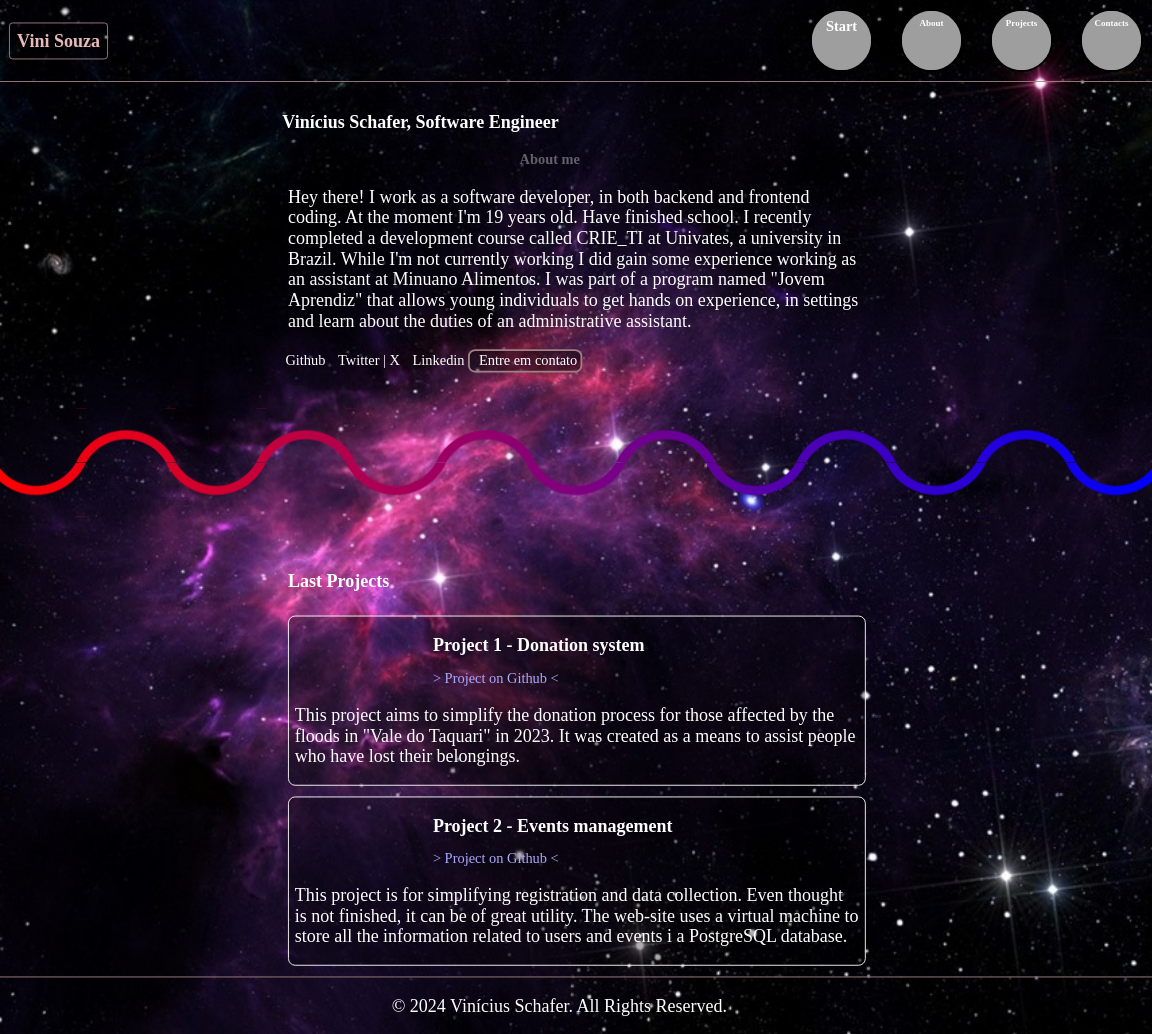
Repository: ViniSouza32/ViniSouza32.github.io
Page: index.html
These files come from the project's save history. The page is drawn as it stood at one moment and after the next save; the edit follows.
The browser window is 1280 px wide. The pictures show the whole page, at 90% of full size.
Pictures or frames that could not be fetched are drawn as grey boxes.

Above is the page before, as saved 2024-08-26 01:03:28.

After the next save:
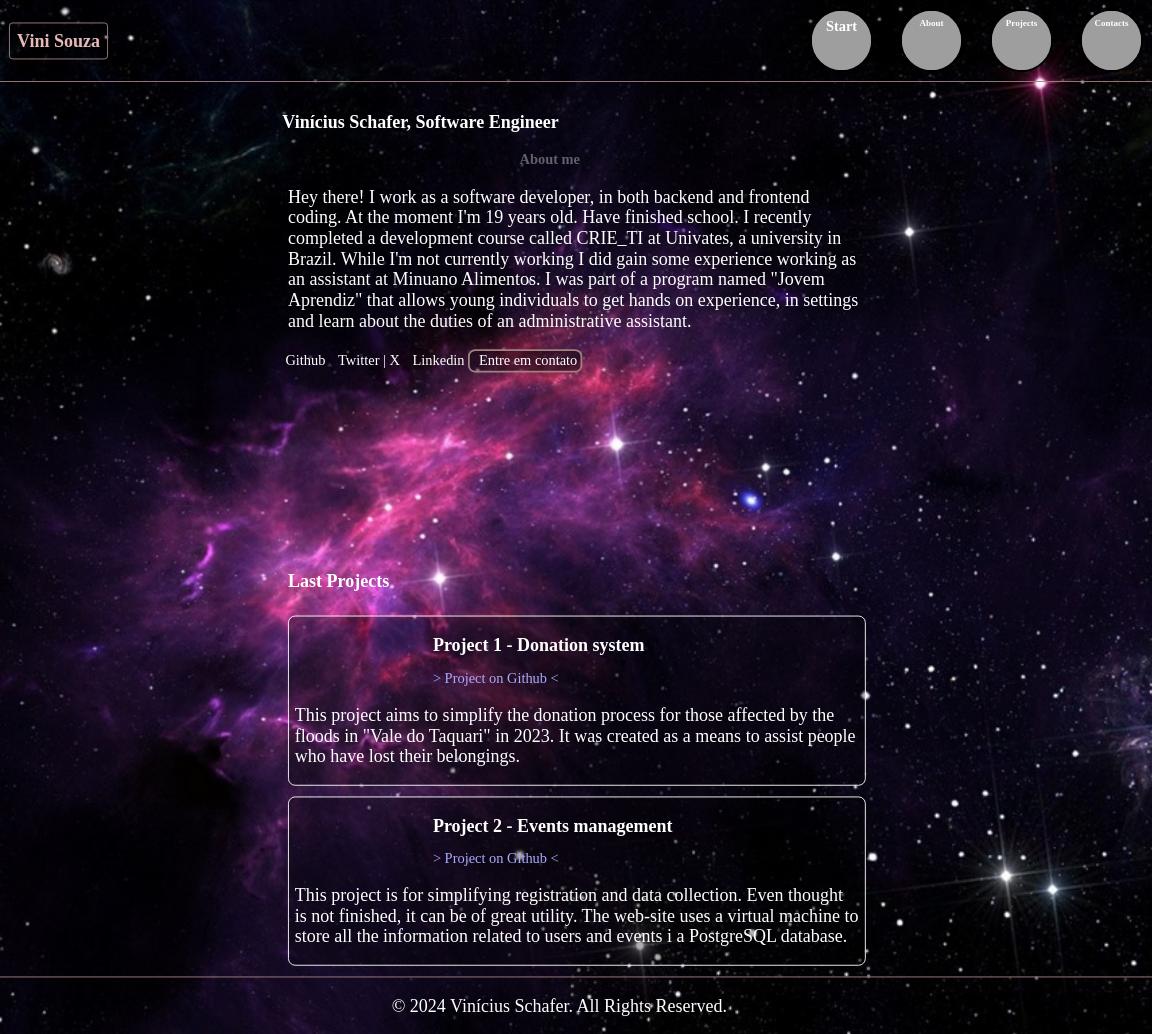
Saved 39 s later.
--- a/styles.css
+++ b/styles.css
@@ -179,17 +179,23 @@
   --p: 25px;
   --R: calc(55.9px + var(--b) / 2);
 
-  --_g: #0000 calc(99% - var(--b)), #000 calc(101% - var(--b)) 99%, #0000 101%;
-  -webkit-mask: radial-gradient(
-        var(--R) at left 50% bottom calc(-1 * var(--p)),
-        var(--_g)
-      )
-      calc(50% - 2 * var(--size)) calc(50% - var(--size) / 2 - var(--b) / 2) /
-      calc(4 * var(--size)) calc(var(--size) + var(--b)) repeat-x,
-    radial-gradient(var(--R) at left 50% top calc(-1 * var(--p)), var(--_g)) 50%
-      calc(50% + var(--size) / 2 + var(--b) / 2) / calc(4 * var(--size))
-      calc(var(--size) + var(--b)) repeat-x;
-  background: linear-gradient(90deg, red, blue);
+  /* Simplified radial gradient using conic-gradient */
+  background: conic-gradient(
+    from 0deg at center,
+    #0000 0%,
+    #0000 calc(100% - var(--b)),
+    #000 calc(100% - var(--b)),
+    #0000 100%
+  ) calc(50% - 2 * var(--size)) calc(50% - var(--size) / 2 - var(--b) / 2) /
+  calc(4 * var(--size)) calc(var(--size) + var(--b)) repeat-x,
+  conic-gradient(
+    from 0deg at center,
+    #0000 0%,
+    #0000 calc(100% - var(--b)),
+    #000 calc(100% - var(--b)),
+    #0000 100%
+  ) 50% calc(50% + var(--size) / 2 + var(--b) / 2) / calc(4 * var(--size)) calc(var(--size) + var(--b)) repeat-x;
+
   height: 200px;
 }
 

After the 5 saves that followed:
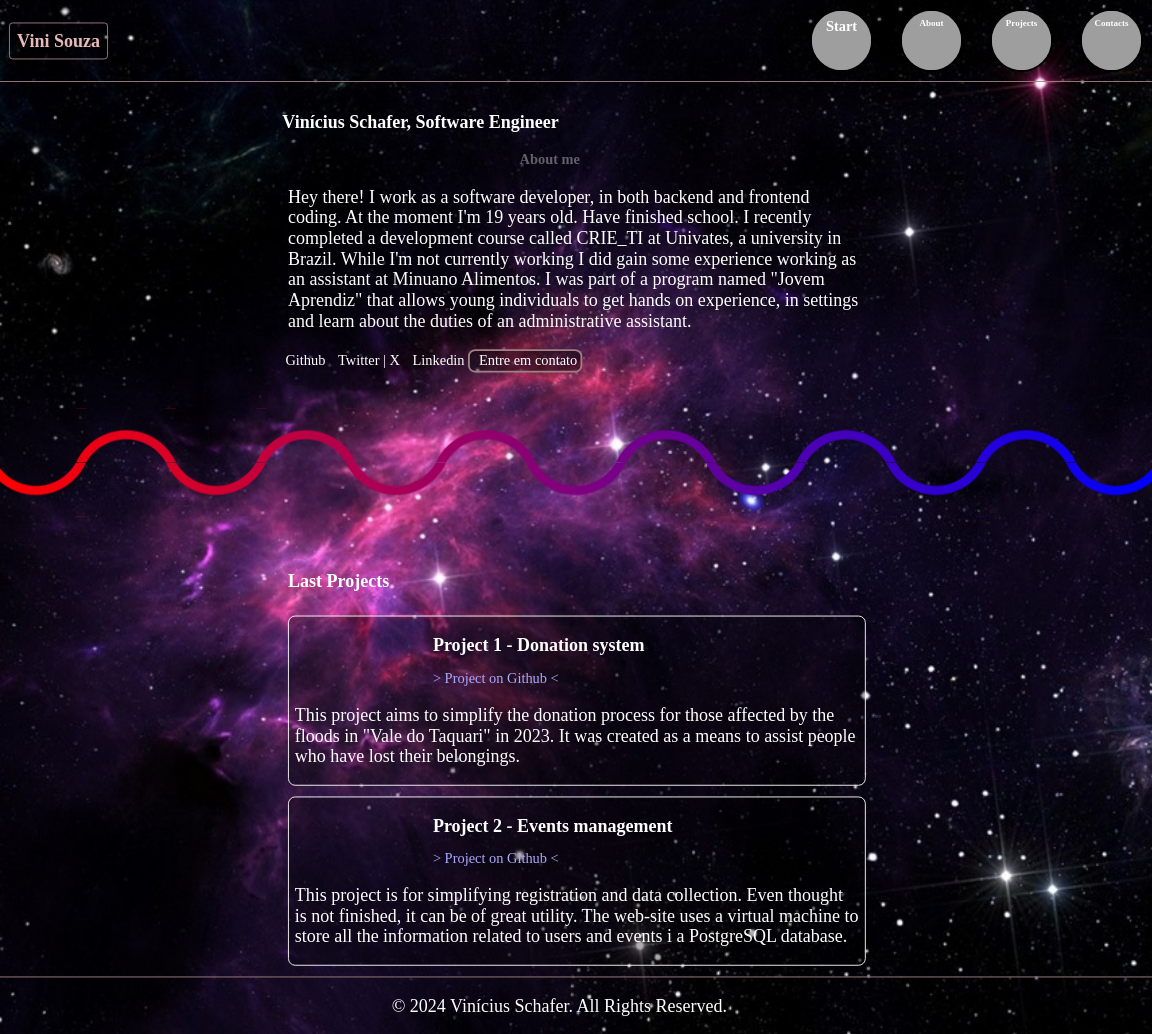
The 5 saves are shown as one change because 1 left the picture as it was and some came seconds apart.
The last was saved 60 s later.
--- a/styles.css
+++ b/styles.css
@@ -179,23 +179,17 @@
   --p: 25px;
   --R: calc(55.9px + var(--b) / 2);
 
-  /* Simplified radial gradient using conic-gradient */
-  background: conic-gradient(
-    from 0deg at center,
-    #0000 0%,
-    #0000 calc(100% - var(--b)),
-    #000 calc(100% - var(--b)),
-    #0000 100%
-  ) calc(50% - 2 * var(--size)) calc(50% - var(--size) / 2 - var(--b) / 2) /
-  calc(4 * var(--size)) calc(var(--size) + var(--b)) repeat-x,
-  conic-gradient(
-    from 0deg at center,
-    #0000 0%,
-    #0000 calc(100% - var(--b)),
-    #000 calc(100% - var(--b)),
-    #0000 100%
-  ) 50% calc(50% + var(--size) / 2 + var(--b) / 2) / calc(4 * var(--size)) calc(var(--size) + var(--b)) repeat-x;
-
+  --_g: #0000 calc(99% - var(--b)), #000 calc(101% - var(--b)) 99%, #0000 101%;
+  -webkit-mask: radial-gradient(
+        var(--R) at left 50% bottom calc(-1 * var(--p)),
+        var(--_g)
+      )
+      calc(50% - 2 * var(--size)) calc(50% - var(--size) / 2 - var(--b) / 2) /
+      calc(4 * var(--size)) calc(var(--size) + var(--b)) repeat-x,
+    radial-gradient(var(--R) at left 50% top calc(-1 * var(--p)), var(--_g)) 50%
+      calc(50% + var(--size) / 2 + var(--b) / 2) / calc(4 * var(--size))
+      calc(var(--size) + var(--b)) repeat-x;
+  background: linear-gradient(90deg, red, blue);
   height: 200px;
 }
 
